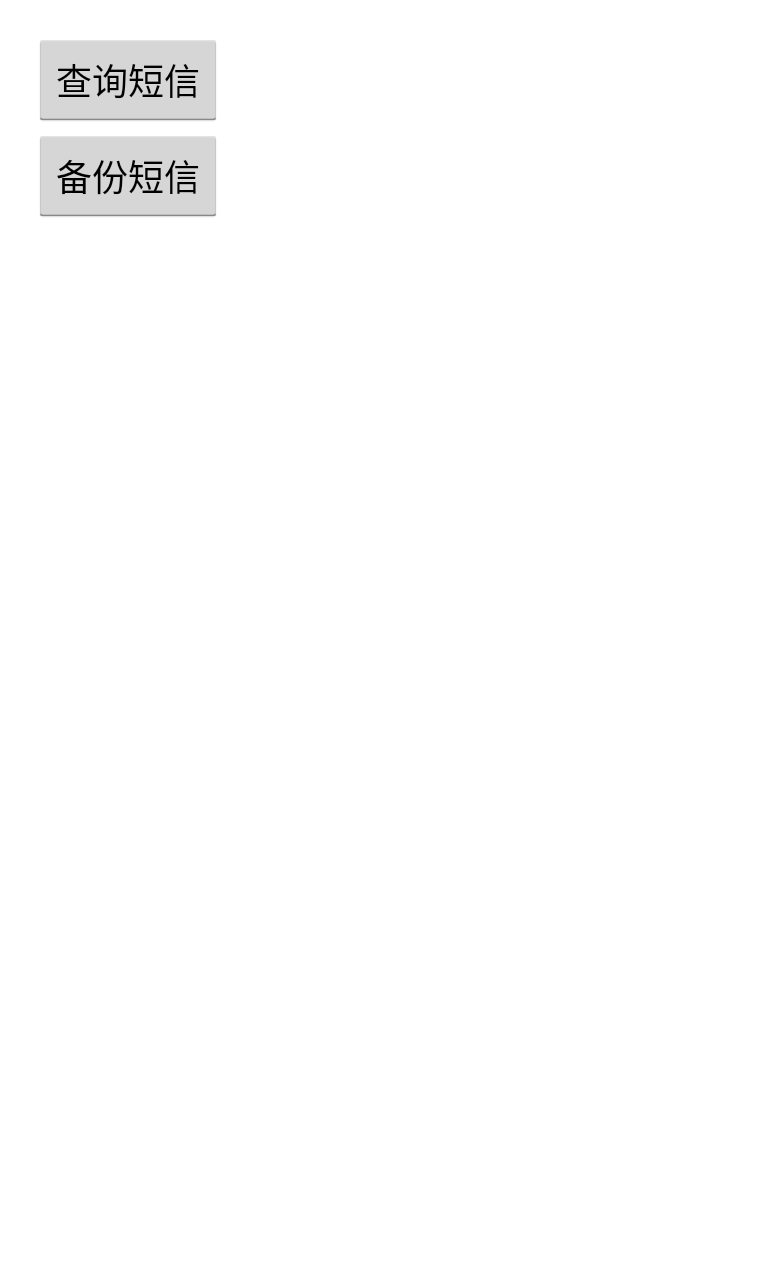
Repository: nickof/study
Layout: Android/itheima/day13_ContentProvider内容提供者/代码/Day13_04_通过内容提供者访问短信数据库/res/layout/activity_main.xml
These files come from the project's save history. The layout is drawn as it stood at one moment and after the next save; the edit follows.
It is drawn on a 768 x 1280 px phone screen (xhdpi) without system bars, with theme AppTheme; the app's code is not run.

Above is the layout before, as saved 2016-09-21 03:54:02.

After the next save:
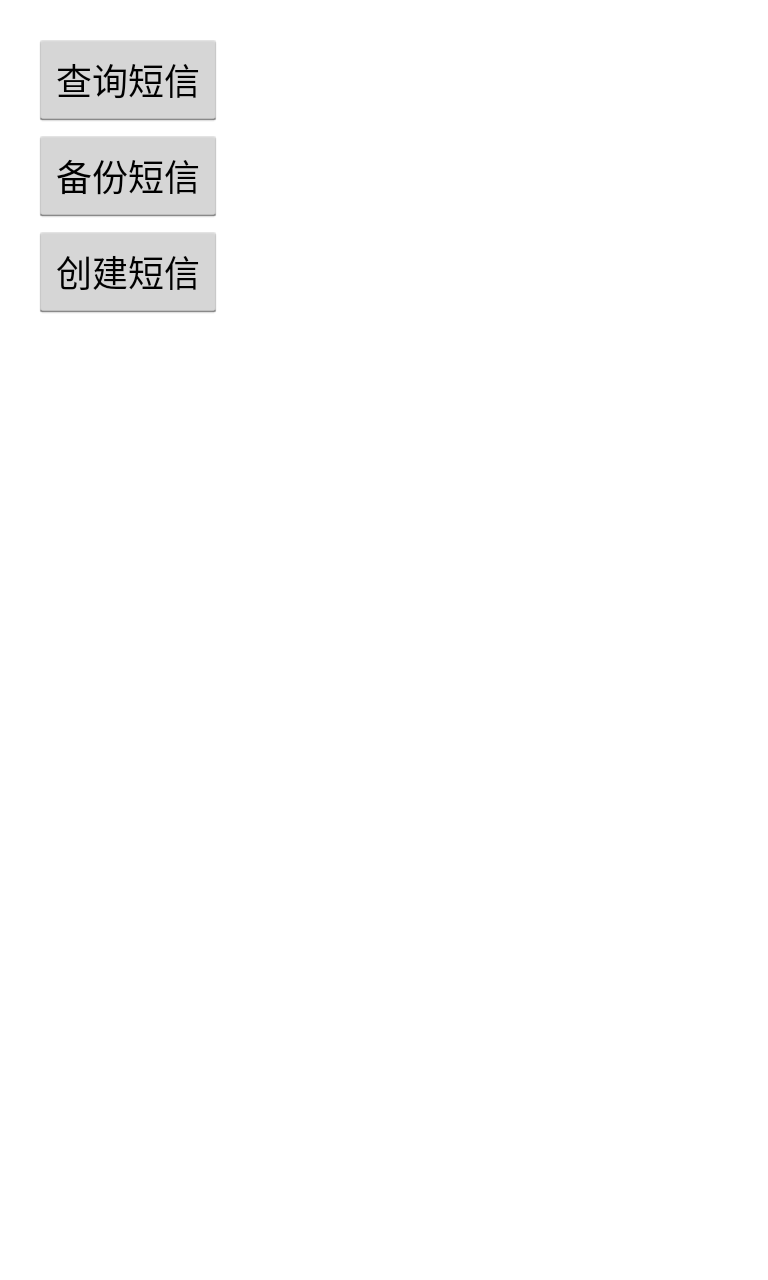
Saved 96 s later.
--- a/Android/itheima/day13_ContentProvider内容提供者/代码/Day13_04_通过内容提供者访问短信数据库/res/layout/activity_main.xml
+++ b/Android/itheima/day13_ContentProvider内容提供者/代码/Day13_04_通过内容提供者访问短信数据库/res/layout/activity_main.xml
@@ -20,4 +20,10 @@
         android:onClick="backup"
         android:text="备份短信" />
 
+     <Button
+        android:layout_width="wrap_content"
+        android:layout_height="wrap_content"
+        android:onClick="insert"
+        android:text="创建短信" />
+
 </LinearLayout>
